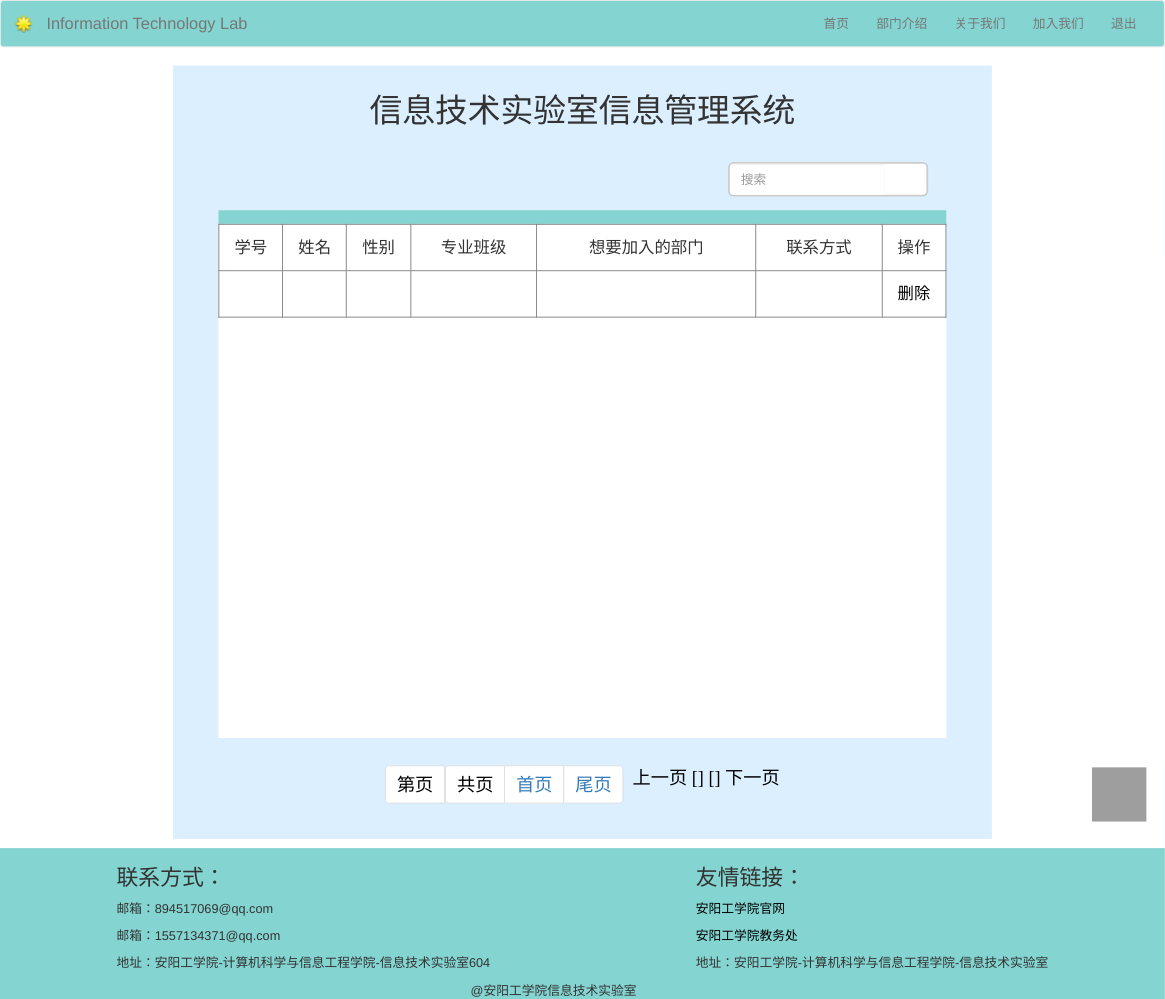
Repository: Z02508102/itl
Page: http://localhost/itl-manager-controller/WEB-INF/page/information.jsp
These files come from the project's save history. The page is drawn as it stood at one moment and after the next save; the edit follows.
The browser window is 1280 px wide. The pictures show the whole page, at 91% of full size.
Pictures or frames that could not be fetched are drawn as grey boxes. Some web fonts or font styles are not loaded; a fallback is used. The page is served by Tomcat 9. Nobody is signed in. Other server files are loaded and not shown. The template is opened directly, without the code that normally fills it, so the values that code supplies are empty.

Above is the page before, as saved 2019-03-20 13:27:16.

### itl-manager/itl-manager-controller/src/main/webapp/WEB-INF/page/information.jsp
<%@ page language="java" contentType="text/html; charset=UTF-8"
	pageEncoding="UTF-8"%>
<!DOCTYPE html PUBLIC "-//W3C//DTD HTML 4.01 Transitional//EN" "http://www.w3.org/TR/html4/loose.dtd">
<html>
<head>
<meta http-equiv="Content-Type" content="text/html; charset=UTF-8">
<meta charset="UTF-8">
<meta http-equiv="X-UA-Compatible" content="IE=edge">
<meta name="viewport" content="width=device-width, initial-scale=1">
<!-- 上述3个meta标签*必须*放在最前面，任何其他内容都*必须*跟随其后！ -->
<title>信息技术实验室</title>

<!-- Bootstrap -->
<!--公用樣式表-->
<link
	href="${pageContext.request.contextPath }/css/bootstrap/dist/css/bootstrap.min.css"
	rel="stylesheet">
<link rel="stylesheet" type="text/css"
	href="${pageContext.request.contextPath }/css/public/style/common.css" />

<!--個人樣式表-->

<link rel="stylesheet" type="text/css"
	href="${pageContext.request.contextPath }/css/source/style/information.css" />

<!--jQuery (necessary for Bootstrap's JavaScript plugins)-->
<script src="https://cdn.bootcss.com/jquery/1.12.4/jquery.min.js"></script>
<!--Include all compiled plugins (below), or include individual files as needed-->
<script
	src="${pageContext.request.contextPath }/css/bootstrap/dist/js/bootstrap.min.js"></script>
<script
	src="${pageContext.request.contextPath }/css/public/javascript/vue.js"></script>
<!-- <script src="source/javascript/shenbao.js"></script> -->

<!-- HTML5 shim and Respond.js for IE8 support of HTML5 elements and media queries -->
<!-- WARNING: Respond.js doesn't work if you view the page via file:// -->
<!--[if lt IE 9]>
	      <script src="https://cdn.bootcss.com/html5shiv/3.7.3/html5shiv.min.js"></script>
	      <script src="https://cdn.bootcss.com/respond.js/1.4.2/respond.min.js"></script>
	  <![endif]-->
</head>

<body>
	<div class="huidaodingbu">
		<a href="#"><img
			src="${pageContext.request.contextPath }/css/public/images/0.1.png" /></a>
	</div>
	<div class="header">
		<nav class="navbar navbar-default beijing ">
		<div class="container-fluid">
			<!-- Brand and toggle get grouped for better mobile display -->
			<div class="navbar-header">
				<button type="button" class="navbar-toggle collapsed"
					data-toggle="collapse" data-target="#bs-example-navbar-collapse-1"
					aria-expanded="false">
					<span class="sr-only">Toggle navigation</span> <span
						class="icon-bar"></span> <span class="icon-bar"></span> <span
						class="icon-bar"></span>
				</button>
				<img class="navbar-brand"
					src="${pageContext.request.contextPath }/css/public/images/3.png" />
				<a class="navbar-brand nav-wenzi" href="#">Information
					Technology Lab</a>
			</div>

			<!-- Collect the nav links, forms, and other content for toggling -->
			<div class="collapse navbar-collapse"
				id="bs-example-navbar-collapse-1">
				<ul class="nav navbar-nav navbar-right">
					<li><a href="/itl/index">首页</a></li>
					<li><a href="/itl/department">部门介绍</a></li>
					<li><a href="/itl/about">关于我们</a></li>
					<li><a href="/itl/join">加入我们</a></li>
					<li><a href="" onclick="logout()">退出</a></li>
				</ul>
				<script type="text/javascript">
					function logout() {
						if (confirm("确定退出吗")) {
							$.ajax({
								type : "POST",
								url : "/itl/user/logout",
							});
						}
					};
				</script>
			</div>
			<!-- /.navbar-collapse -->
		</div>
		<!-- /.container-fluid --> </nav>
	</div>

	<div class="main">
		<div class="title">
			<h1>信息技术实验室信息管理系统</h1>
			<form
				action="${pageContext.request.contextPath }/FindByNameServlet?method=findByNameInfo"
				method="post" name="Form">
				<div class="input-group" id="find">

					<input id="sname" name="sname" type="text" class="form-control"
						placeholder="搜索" /> <span id="search"
						class="glyphicon glyphicon-search btn" onclick="submitBtnClick()"></span>
					<script type="text/javascript">
						function submitBtnClick() {
							document.Form.submit();
						}
					</script>

				</div>
			</form>

			<!-- FindByNameServlet -->
		</div>
		<div class="mingdan" id="box">
			<table border='1'>
				<tr>
					<td>学号</td>
					<td>姓名</td>
					<td>性别</td>
					<td>专业班级</td>
					<td>想要加入的部门</td>
					<td>联系方式</td>
					<c:if
						test="${user.username == '2bdb74e826e370869325a791639b9920' }">
						<td>操作</td>
					</c:if>
				</tr>
				<c:forEach items="${pageBean.beanlist}" var="list">
					<tr>
						<td><a
							href="<c:url value='/FindByUid?method=query&uid=${list.uid}'/> ">
								${list.snumber}</a></td>
						<td>${list.name}</td>
						<td>${list.sex}</td>
						<td>${list.specialty}</td>
						<td>${list.department}</td>
						<td>${list.tel}</td>
						<c:if
							test="${user.username == '2bdb74e826e370869325a791639b9920' }">
							<td><a class="red"
								href="<c:url value='/FindByUid?method=delete&uid=${list.uid}'/>">删除</a></td>
						</c:if>
					</tr>
				</c:forEach>
			</table>
			<br>
		</div>
		<center>
			<ul class="pagination">
				<li><a style="color: black;">第${pageBean.currentPage}页</a>
					&nbsp;<a style="color: black;">共${pageBean.totalPage}页</a></li>
				<li><c:if test="${pageBean.pc > 1}">
						<a
							href="<c:url value='/FindAllServlet?pc=${pageBean.currentPage - 1}'/> ">上一页</a>
					</c:if></li>
				<li><a href="<c:url value='/FindAllServlet?pc=1'/> ">首页</a></li>

				<li><c:choose>
						<c:when test="${pageBean.totalPage <= 5}">
							<c:set var="begin" value="1"></c:set>
							<c:set var="end" value="${pageBean.totalPage}"></c:set>
						</c:when>
						<c:otherwise>
							<c:set var="begin" value="${pageBean.currentPage - 2}"></c:set>
							<c:set var="end" value="${pageBean.currentPage+2}"></c:set>
							<c:if test="${begin < 1}">
								<c:set var="begin" value="1"></c:set>
								<c:set var="end" value="5"></c:set>
							</c:if>
							<c:if test="${end > pageBean.totalPage}">
								<c:set var="begin" value="${pageBean.totalPage - 4}"></c:set>
								<c:set var="end" value="${pageBean.totalPage}"></c:set>
							</c:if>
						</c:otherwise>
					</c:choose></li>
				<li><c:forEach var="i" begin="${begin}" end="${end}">
						<c:choose>
							<c:when test="${i eq pageBean.currentPage}">
								<a style="color: black;">[${i}]</a>
							</c:when>
							<c:otherwise>
								<a href="<c:url value='/FindAllServlet?pc=${i}'/> "> [${i}]</a>
							</c:otherwise>
						</c:choose>
					</c:forEach></li>
				<li><c:if test="${pageBean.currentPage < pageBean.totalPage}">
						<a
							href="<c:url value='/FindAllServlet?pc=${pageBean.currentPage + 1}'/> ">下一页</a>
					</c:if></li>
				<li><a
					href="<c:url value='/FindAllServlet?pc=${pageBean.totalPage}'/> ">尾页</a></li>
			</ul>
		</center>
	</div>
	<div class="footer beijing">
		<div class="footer-left">
			<h3>联系方式：</h3>
			<p>邮箱：894517069@qq.com</p>
			<p>邮箱：1557134371@qq.com</p>
			<p>地址：安阳工学院-计算机科学与信息工程学院-信息技术实验室604</p>
		</div>
		<div class="footer-right">
			<h3>友情链接：</h3>
			<p>
				<a href="#">安阳工学院官网</a>
			</p>
			<p>
				<a href="#">安阳工学院教务处</a>
			</p>
			<p>地址：安阳工学院-计算机科学与信息工程学院-信息技术实验室</p>
		</div>
		<div class="yuanzi">
			<p>@安阳工学院信息技术实验室</p>
		</div>
	</div>
</body>
</html>

### itl-manager/itl-manager-controller/src/main/webapp/css/public/style/common.css

*{
	margin: 0;
	padding: 0;
}
body{
	position: relative;
}

a{

	text-decoration: none;
	color: #000000;
}
a:hover{
	text-decoration: none !important;
}
li{
	list-style: none;
}
.fl{
	float: left;
}
.fr{
	float: right;
}
.cb{
	clear: both;
}

.beijing{
	background: #84d4d1;
}
@media only screen and (min-width: 769px) {
	.huidaodingbu img{
		position: absolute;
		right: 20px;
		bottom: 195px;
		width: 60px;
		height: 60px;
	}
	.footer {
		margin-top: 10px;
		background: #84d4d1;
		padding-left: 10%;
		padding-right: 10%;
	}
	.footer-left {
		float: left;
	}
	.footer-right {
		float: right;
	}

	.footer-left p{
		font-size: 14px;
	}
	.yuanzi{
		clear: both;
		margin-left: 38%;
	}
	.yuanzi p{
		margin: 0;
	}
}

@media only screen and (min-width: 100px) and (max-width: 768px) {
	.nav-wenzi{
		font-size: 13px;
	}
	.footer{
		padding-top: 3px;
		font-size: 13px;
		background: #84d4d1;
		padding-left: 7%;
		margin-bottom: 0 !important;
		padding-bottom: 0 !important;
	}
	.yuanzi{
		margin-left: 20%;
	}
	.yuanzi p{
		margin: 0;
	}
	.huidaodingbu{
		display: none;
	}
}

### itl-manager/itl-manager-controller/src/main/webapp/css/source/style/information.css
.main{
	width: 900px;
	height: 850px;
	margin: 0 auto;
	background: #dceffe;
	text-align: center;
}
.main h1{
	padding-top:30px;
	/*margin: 0 auto;*/
}



.mingdan{
	width: 800px;
	height: 580px;
	margin: 15px auto 0 auto;
	background: #ffffff;
	border-top: 15px solid #84d4d1;
}
table{
	width:800px;
}
table td{
	height:50px;
	line-height:50px;
	font-size:18px;
	font-family:"microsoft yahei";
}
.red:hover{color:red}
center {
	margin-top:10px;
	font-size:20px;
	font-family:"microsoft yahei";
}
#find{
	width: 220px;
	margin-top:36px;
	margin-left: 610px;
	border: 2px solid #ccc;
	background:white;
	border-radius:6px;
}
#sname{
	width: 170px;
	border-width: 0;
}
#sname:focus{
	outline:none;
	box-shadow: none;
}
#search{
	border-radius:0px;
}

Loaded but not shown: itl-manager/itl-manager-controller/src/main/webapp/css/bootstrap/dist/css/bootstrap.min.css (library); itl-manager/itl-manager-controller/src/main/webapp/css/bootstrap/dist/js/bootstrap.min.js (library); itl-manager/itl-manager-controller/src/main/webapp/css/public/javascript/vue.js (library)

After the next save:
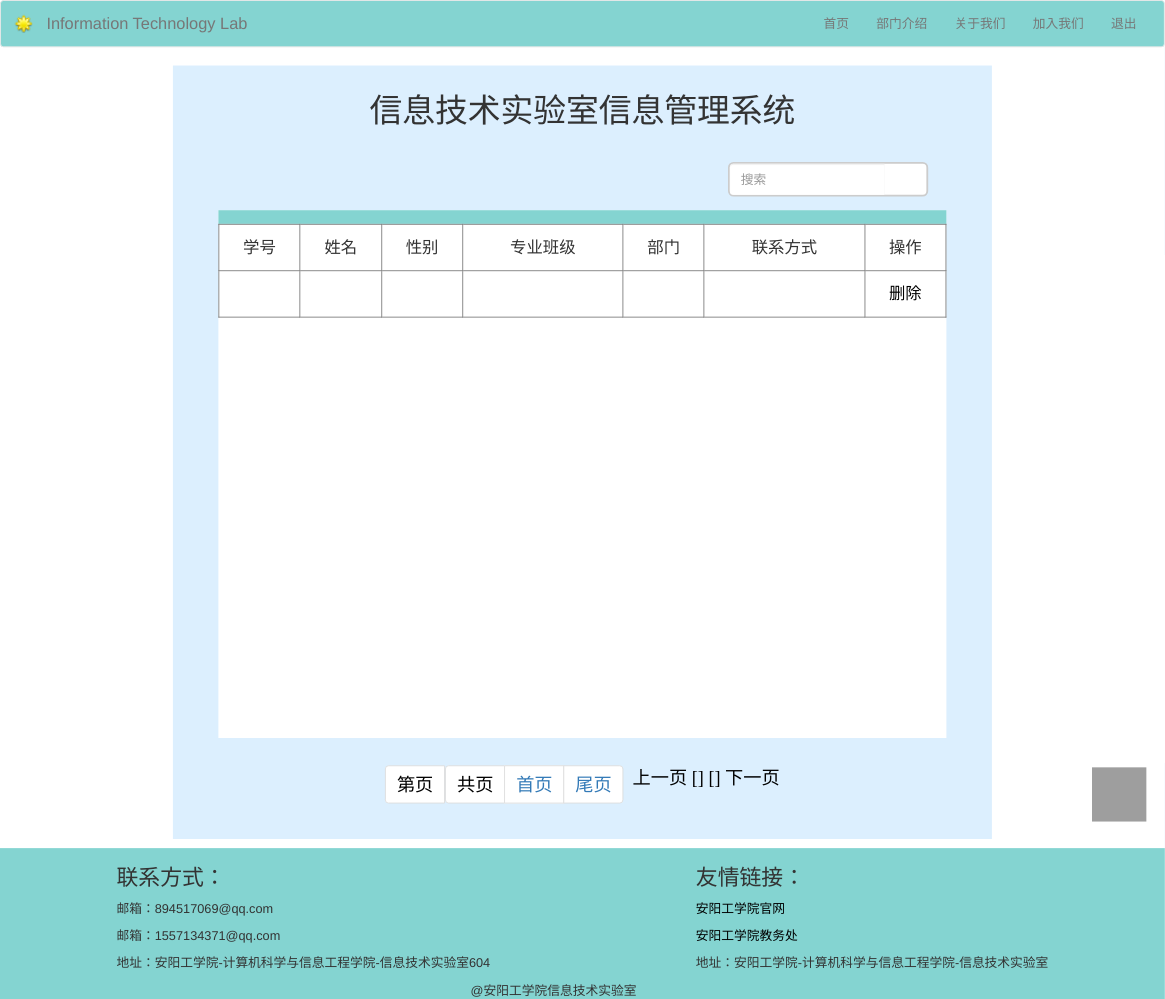
Saved 91 s later.
--- a/itl-manager/itl-manager-controller/src/main/webapp/WEB-INF/page/information.jsp
+++ b/itl-manager/itl-manager-controller/src/main/webapp/WEB-INF/page/information.jsp
@@ -118,7 +118,7 @@
 					<td>姓名</td>
 					<td>性别</td>
 					<td>专业班级</td>
-					<td>想要加入的部门</td>
+					<td>部门</td>
 					<td>联系方式</td>
 					<c:if
 						test="${user.username == '2bdb74e826e370869325a791639b9920' }">
